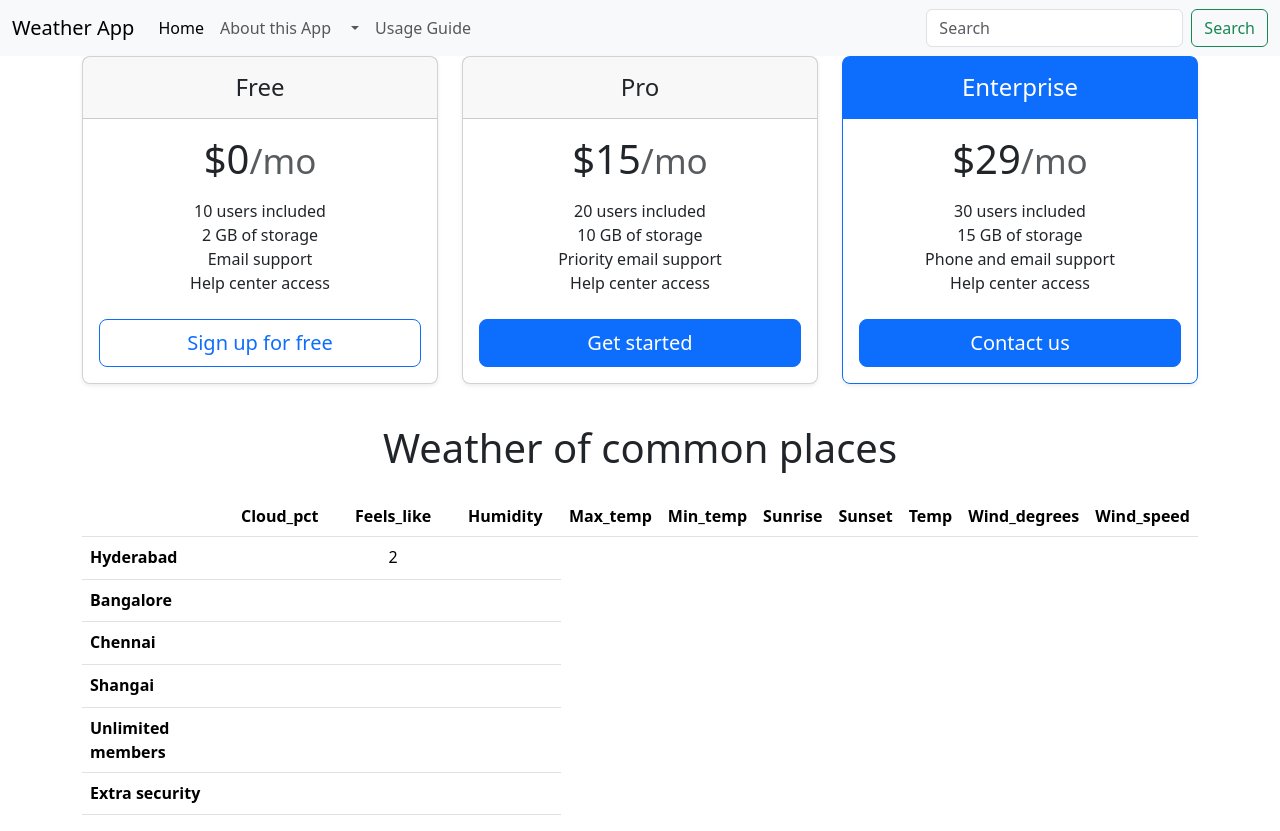
Repository: Abhilash2909/weather
Page: index.html
An editor plug-in stored every save of this project. The page is shown before and after the next save, followed by the edit.
The browser window is 1280 px wide. The pictures show the whole page.
The page's requests for data from a server got no answer.

Above is the page before, as saved 2024-02-11 10:35:41.

### index.html
<!doctype html>
<html lang="en">
  <head>
    <meta charset="utf-8">
    <meta name="viewport" content="width=device-width, initial-scale=1">
    <title>My Weather App</title>
    <link href="https://cdn.jsdelivr.net/npm/bootstrap@5.3.2/dist/css/bootstrap.min.css" rel="stylesheet" integrity="sha384-T3c6CoIi6uLrA9TneNEoa7RxnatzjcDSCmG1MXxSR1GAsXEV/Dwwykc2MPK8M2HN" crossorigin="anonymous">
  </head>
  <body>
    <nav class="navbar navbar-expand-lg bg-body-tertiary">
        <div class="container-fluid">
          <a class="navbar-brand" href="#">Weather App</a>
          <button class="navbar-toggler" type="button" data-bs-toggle="collapse" data-bs-target="#navbarSupportedContent" aria-controls="navbarSupportedContent" aria-expanded="false" aria-label="Toggle navigation">
            <span class="navbar-toggler-icon"></span>
          </button>
          <div class="collapse navbar-collapse" id="navbarSupportedContent">
            <ul class="navbar-nav me-auto mb-2 mb-lg-0">
              <li class="nav-item">
                <a class="nav-link active" aria-current="page" href="#">Home</a>
              </li>
              <li class="nav-item">
                <a class="nav-link" href="#">About this App</a>
              </li>
              <li class="nav-item dropdown">
                <a class="nav-link dropdown-toggle" href="#" role="button" data-bs-toggle="dropdown" aria-expanded="false">
                </a>
                <ul class="dropdown-menu">
                  <li><a class="dropdown-item" href="#">Delhi</a></li>
                  <li><a class="dropdown-item" href="#">Seattle</a></li>
                  <li><hr class="dropdown-divider"></li>
                  <li><a class="dropdown-item" href="#">Bangalore</a></li>
                </ul>
              </li>
              <li class="nav-item">
                <a class="nav-link" aria-disabled="true">Usage Guide</a>
              </li>
            </ul>
            <form class="d-flex" role="search">
              <input class="form-control me-2" type="search" placeholder="Search" aria-label="Search">
              <button class="btn btn-outline-success" type="submit">Search</button>
            </form>
          </div>
        </div>
      </nav>

      <div class="container"><main>
        <div class="row row-cols-1 row-cols-md-3 mb-3 text-center">
          <div class="col">
            <div class="card mb-4 rounded-3 shadow-sm">
              <div class="card-header py-3">
                <h4 class="my-0 fw-normal">Free</h4>
              </div>
              <div class="card-body">
                <h1 class="card-title pricing-card-title">$0<small class="text-body-secondary fw-light">/mo</small></h1>
                <ul class="list-unstyled mt-3 mb-4">
                  <li>10 users included</li>
                  <li>2 GB of storage</li>
                  <li>Email support</li>
                  <li>Help center access</li>
                </ul>
                <button type="button" class="w-100 btn btn-lg btn-outline-primary">Sign up for free</button>
              </div>
            </div>
          </div>
          <div class="col">
            <div class="card mb-4 rounded-3 shadow-sm">
              <div class="card-header py-3">
                <h4 class="my-0 fw-normal">Pro</h4>
              </div>
              <div class="card-body">
                <h1 class="card-title pricing-card-title">$15<small class="text-body-secondary fw-light">/mo</small></h1>
                <ul class="list-unstyled mt-3 mb-4">
                  <li>20 users included</li>
                  <li>10 GB of storage</li>
                  <li>Priority email support</li>
                  <li>Help center access</li>
                </ul>
                <button type="button" class="w-100 btn btn-lg btn-primary">Get started</button>
              </div>
            </div>
          </div>
          <div class="col">
            <div class="card mb-4 rounded-3 shadow-sm border-primary">
              <div class="card-header py-3 text-bg-primary border-primary">
                <h4 class="my-0 fw-normal">Enterprise</h4>
              </div>
              <div class="card-body">
                <h1 class="card-title pricing-card-title">$29<small class="text-body-secondary fw-light">/mo</small></h1>
                <ul class="list-unstyled mt-3 mb-4">
                  <li>30 users included</li>
                  <li>15 GB of storage</li>
                  <li>Phone and email support</li>
                  <li>Help center access</li>
                </ul>
                <button type="button" class="w-100 btn btn-lg btn-primary">Contact us</button>
              </div>
            </div>
          </div>
        </div>

        <h2 class="display-6 text-center mb-4">Weather of common places</h2>

        <div class="table-responsive">
          <table class="table text-center">
            <thead>
              <tr>
                <th style="width: 34%;">   </th>
                <th style="width: 22%;"> Cloud_pct </th>
                <th style="width: 22%;"> Feels_like </th>
                <th style="width: 22%;"> Humidity </th>
                <th style="width: 22%;"> Max_temp </th>
                <th style="width: 22%;"> Min_temp </th>
                <th style="width: 22%;"> Sunrise </th>
                <th style="width: 22%;"> Sunset </th>
                <th style="width: 22%;"> Temp </th>
                <th style="width: 22%;"> Wind_degrees </th>
                <th style="width: 22%;"> Wind_speed </th>
              </tr>
            </thead>
            <tbody>
              <tr>
                <th scope="row" class="text-start">Hyderabad</th>
                <td><svg class="bi" width="24" height="24"><use xlink:href="#check"></use></svg></td>
                <td>2</td>

                <td><svg class="bi" width="24" height="24"><use xlink:href="#check"></use></svg></td>
              </tr>
              <tr>
                <th scope="row" class="text-start">Bangalore</th>
                <td></td>
                <td><svg class="bi" width="24" height="24"><use xlink:href="#check"></use></svg></td>
                <td><svg class="bi" width="24" height="24"><use xlink:href="#check"></use></svg></td>
              </tr>
            </tbody>

            <tbody>
              <tr>
                <th scope="row" class="text-start">Chennai</th>
                <td><svg class="bi" width="24" height="24"><use xlink:href="#check"></use></svg></td>
                <td><svg class="bi" width="24" height="24"><use xlink:href="#check"></use></svg></td>
                <td><svg class="bi" width="24" height="24"><use xlink:href="#check"></use></svg></td>
              </tr>
              <tr>
                <th scope="row" class="text-start">Shangai</th>
                <td></td>
                <td><svg class="bi" width="24" height="24"><use xlink:href="#check"></use></svg></td>
                <td><svg class="bi" width="24" height="24"><use xlink:href="#check"></use></svg></td>
              </tr>
              <tr>
                <th scope="row" class="text-start">Unlimited members</th>
                <td></td>
                <td><svg class="bi" width="24" height="24"><use xlink:href="#check"></use></svg></td>
                <td><svg class="bi" width="24" height="24"><use xlink:href="#check"></use></svg></td>
              </tr>
              <tr>
                <th scope="row" class="text-start">Extra security</th>
                <td></td>
                <td></td>
                <td><svg class="bi" width="24" height="24"><use xlink:href="#check"></use></svg></td>
              </tr>
            </tbody>
          </table>
        </div>
      </main></div>
    <script src="https://cdn.jsdelivr.net/npm/bootstrap@5.3.2/dist/js/bootstrap.bundle.min.js" integrity="sha384-C6RzsynM9kWDrMNeT87bh95OGNyZPhcTNXj1NW7RuBCsyN/o0jlpcV8Qyq46cDfL" crossorigin="anonymous"></script>
    <script src="script.js"></script>
</body>
</html>

### script.js
// const options = {
// method: 'GET',
// headers: {
//         'X-RapidAPI-Key': 'b45e96323fmshf5e4bc50d3b8a90p1e091djsnfb21cde4eb87',
// '       X-RapidAPI-Host': 'weather-by-api-ninjas.p.rapidapi.com'
//     }
// };

// fetch('https://weather-by-api-ninjas.p.rapidapi.com/v1/weather?city=Seattle', options)
//     .then(response => response.json())
//     .then(response => console.log(response))
//     .catch(err => console.error(err));



const options = {
    method: 'GET',
    headers: {
      'X-RapidAPI-Key': 'b45e96323fmshf5e4bc50d3b8a90p1e091djsnfb21cde4eb87',
      'X-RapidAPI-Host': 'weather-by-api-ninjas.p.rapidapi.com'
    }
  };

  fetch('https://weather-by-api-ninjas.p.rapidapi.com/v1/weather?city=Seattle', options)
    .then(response => response.json())
    .then(data => console.log(data))
    .catch(error => console.error(error));

After the next save:
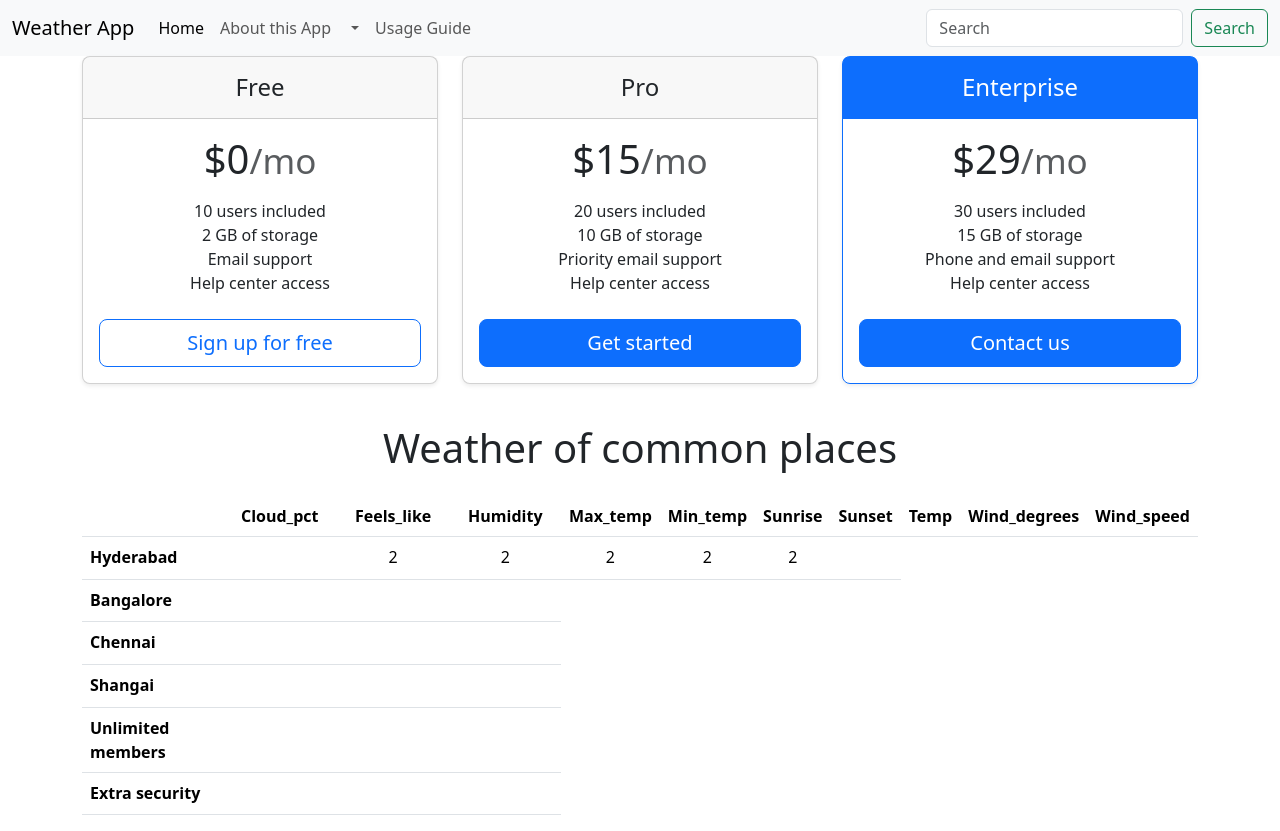
Saved 5 s later.
--- a/index.html
+++ b/index.html
@@ -122,7 +122,10 @@
                 <th scope="row" class="text-start">Hyderabad</th>
                 <td><svg class="bi" width="24" height="24"><use xlink:href="#check"></use></svg></td>
                 <td>2</td>
-
+                <td>2</td>
+                <td>2</td>
+                <td>2</td>
+                <td>2</td>
                 <td><svg class="bi" width="24" height="24"><use xlink:href="#check"></use></svg></td>
               </tr>
               <tr>
